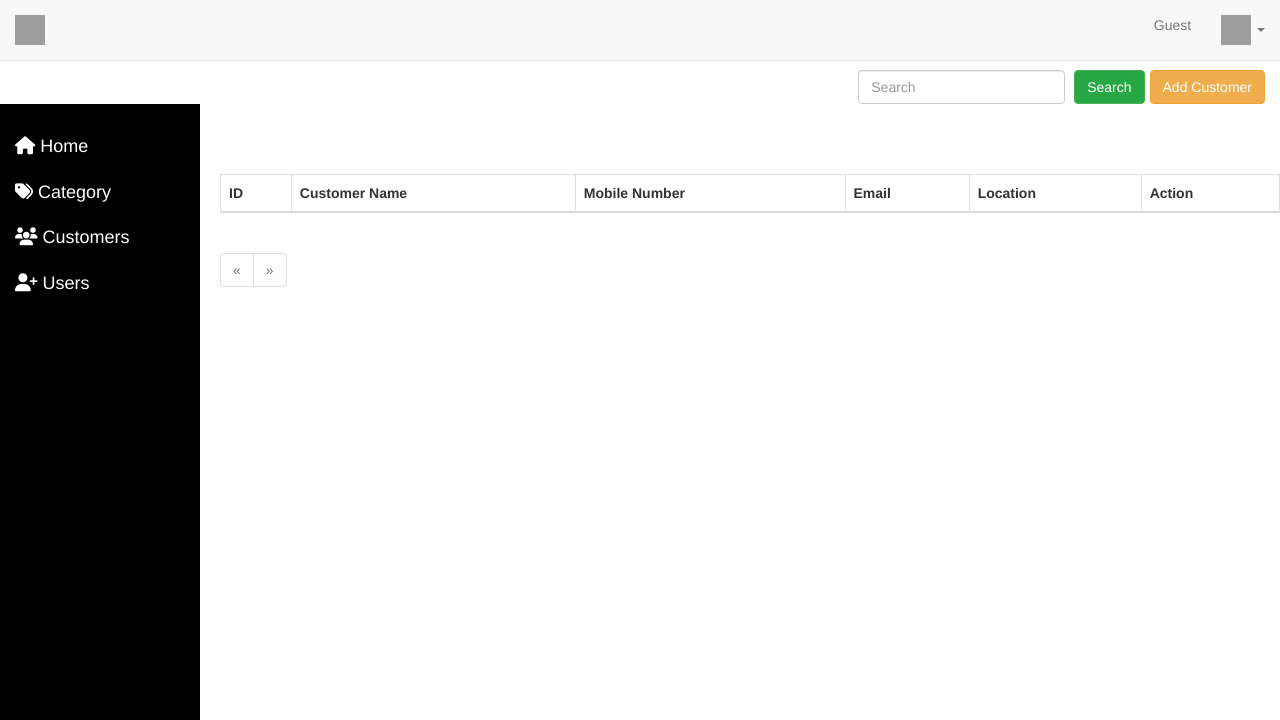
Repository: Nireshkumar24/CRM
Page: http://localhost/adduser
The author's editor kept a copy of each file at every save. The page is drawn from the files as they stood at one save, then again after the next save.
The browser window is 1280 px wide. The pictures show the whole page.
Pictures or frames that could not be fetched are drawn as grey boxes. The page is served by the project's application, run on Flask 3 (app.py). Queries for data that is not in the repository find no rows.

Above is the page before, as saved 2024-05-23 11:49:37.
Console error: ReferenceError: $ is not defined

After the next save:
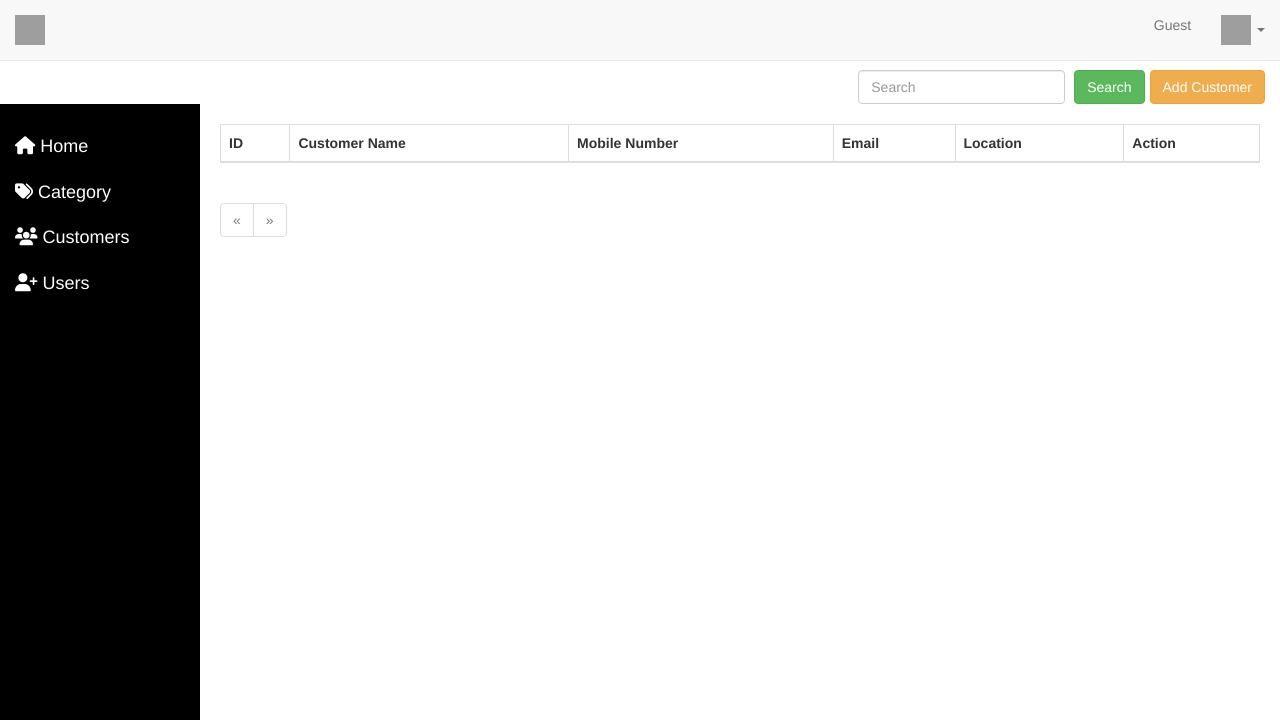
Saved 40 s later.
--- a/templates/adduser.html
+++ b/templates/adduser.html
@@ -41,26 +41,126 @@
         }
 
         .content {
-            padding-top: 70px;
-            /* Adjusted to accommodate navbar */
-            padding-left: 220px;
-            /* Adjusted to accommodate side-nav */
+            margin-left: 200px;
+            padding: 20px;
         }
 
         @media (max-width: 768px) {
-            .side-nav {
-                width: 105px;
-            }
-
-            .content {
-                padding-left: 120px;
-            }
-        }
-
-        .btn-success {
-            background-color: #28a745;
-        }
-    </style>
+
+
+            /* Always float the navbar header to the left */
+            .navbar-header {
+                float: left;
+            }
+
+            /* Override the collapsing behavior */
+            .navbar-collapse.collapse {
+                display: block !important;
+                height: auto !important;
+                padding-bottom: 0;
+                overflow: visible !important;
+            }
+
+            /* Ensure navbar items are displayed inline */
+            .navbar-nav>li {
+                display: inline-block;
+            }
+
+            /* Center the navbar items */
+            .navbar-nav {
+                float: none;
+                /* text-align: center; */
+                text-align: right;
+
+            }
+
+            /* Adjust the dropdown menu position */
+            .navbar-right .dropdown-menu {
+                right: 0;
+                left: auto;
+            }
+
+            /* Optional: Increase the size of the toggle for better usability */
+            .navbar-toggle {
+                display: none;
+                /* You might choose to hide or show and increase its size */
+            }
+
+            /* Adjust the brand logo size if necessary */
+            .navbar-brand img {
+                max-width: 100%;
+                height: auto;
+            }
+
+
+            @media (max-width: 768px) {
+                #searchForm {
+                    display: flex;
+                    align-items: center;
+                    /* Align items vertically */
+                    justify-content: flex-start;
+
+                    /* Align items to the start of the container */
+                    flex-wrap: nowrap;
+                    /* Prevent wrapping */
+                    padding-left: 500px;
+                    /* Adjust based on sidebar presence */
+                }
+
+                #searchForm .form-control,
+                #searchForm .btn,
+                #searchForm select {
+                    margin: 0 5px;
+                    /* Minimal margin between elements */
+                    flex-grow: 0;
+                    /* Prevent growth */
+                    flex-shrink: 0;
+                    /* Prevent shrink */
+                    width: auto;
+                    /* Adjust width automatically */
+                }
+
+                /* Example: Reduce the size of inputs/selects */
+                #searchForm input[type="search"],
+                #searchForm select {
+                    max-width: 120px;
+                    /* Adjust based on needs */
+                }
+
+                /* Reduce the padding inside the form elements to save space */
+                #searchForm .form-control,
+                #searchForm .btn {
+                    padding: 6px 12px;
+                    font-size: 12px;
+                    /* Reduce font size for space */
+                }
+
+                /* Adjust the clear filters button to be smaller or replaced with an icon */
+                #searchForm .btn-secondary {
+                    padding: 6px 6px;
+                    /* Smaller padding */
+                    font-size: 12px;
+                    /* Smaller text */
+                }
+
+                /* Hide text on clear filters button, show only on large screens */
+                #searchForm .btn-secondary .text {
+                    display: none;
+                }
+
+                /* Optional: use an icon for the clear button */
+                #searchForm .btn-secondary:before {
+                    content: "\2715";
+                    display: inline-block;
+                }
+            }
+
+            .btn-success {
+                background-color: #28a745;
+            }
+
+
+        }
     </style>
 </head>
 
